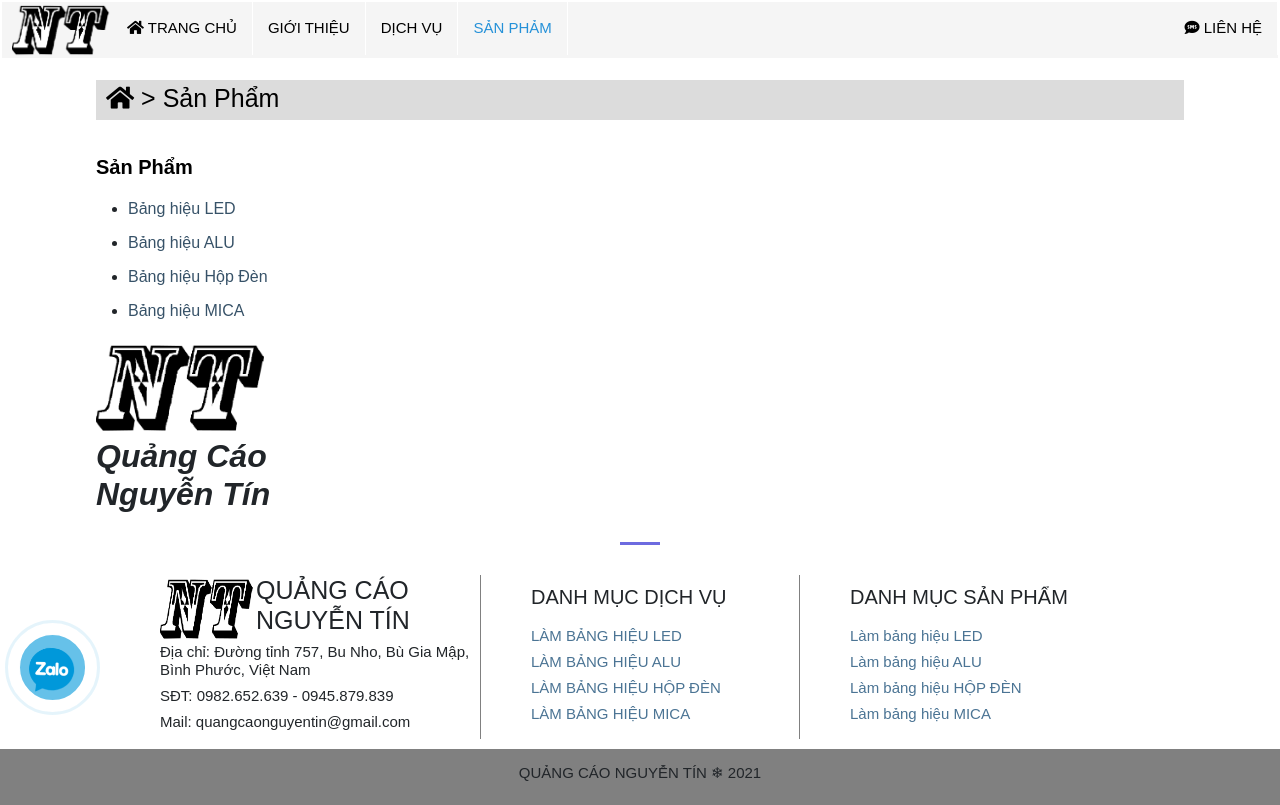
Repository: Haunguyen42193/quangcaonguyentin.github.io
Page: product.html
These files come from the project's save history. The page is drawn as it stood at one moment and after the next save; the edit follows.
The browser window is 1280 px wide. The pictures show the whole page.
Some web fonts or font styles are not loaded; a fallback is used. Some web libraries are served in a nearby version.

Above is the page before, as saved 2021-10-13 16:28:47.
Console error: ReferenceError: init is not defined

### product.html
<!DOCTYPE html>
<html lang="en">
<head>
    <meta charset="UTF-8">
    <meta http-equiv="X-UA-Compatible" content="IE=edge">
    <meta name="viewport" content="width=device-width, initial-scale=1.0">
    <meta http-equiv="refresh" content="18000"/>
    <title>Quảng Cáo Nguyễn Tín</title>
    <link rel="shotcut icon" href="images/logo2.png"/>
    <link
    rel="stylesheet"
    href="https://cdnjs.cloudflare.com/ajax/libs/animate.css/4.1.1/animate.min.css"
    />
    <!--carousel-->
    <link href="https://cdn.jsdelivr.net/npm/bootstrap@5.1.0/dist/css/bootstrap.min.css" rel="stylesheet" integrity="sha384-KyZXEAg3QhqLMpG8r+8fhAXLRk2vvoC2f3B09zVXn8CA5QIVfZOJ3BCsw2P0p/We" crossorigin="anonymous">
    <!--font awesome-->
    <link rel="stylesheet" href="https://pro.fontawesome.com/releases/v5.10.0/css/all.css" integrity="sha384-AYmEC3Yw5cVb3ZcuHtOA93w35dYTsvhLPVnYs9eStHfGJvOvKxVfELGroGkvsg+p" crossorigin="anonymous"/>
    <!--css-->
    <link rel="stylesheet" href="CSS/styleproduct.css"/>
    <!--font chữ-->
    <link rel="preconnect" href="https://fonts.googleapis.com">
    <link rel="preconnect" href="https://fonts.gstatic.com" crossorigin>
    <link href="https://fonts.googleapis.com/css2?family=K2D:wght@600&display=swap" rel="stylesheet">
    <!-- JavaScript Bundle with Popper -->
    <script src="https://cdn.jsdelivr.net/npm/bootstrap@5.1.0/dist/js/bootstrap.bundle.min.js" integrity="sha384-U1DAWAznBHeqEIlVSCgzq+c9gqGAJn5c/t99JyeKa9xxaYpSvHU5awsuZVVFIhvj" crossorigin="anonymous"></script>
    <!--Jquery-->
    <script src="Js/jquery-3.6.0.min.js"></script>
    <!--wowjs-->
    <script src="https://cdnjs.cloudflare.com/ajax/libs/wow/1.1.2/wow.min.js" integrity="sha512-Eak/29OTpb36LLo2r47IpVzPBLXnAMPAVypbSZiZ4Qkf8p/7S/XRG5xp7OKWPPYfJT6metI+IORkR5G8F900+g==" crossorigin="anonymous" referrerpolicy="no-referrer"></script>

</head>
<body onload="init()">
    <script src="Js/jsproduct.js"></script>
    <!--Menu-->
    <nav class="header-menu">
        <div class="menu">
            <div class="logo">
                <a href="homepage.html"><img src="images/logo2.png" alt="bang quang cao tiem" id="logotiem"/></a>
            </div>
            <ul>
                <li><a href="homepage.html"><i class="fas fa-home"></i> TRANG CHỦ</a></li>
                <li><a href="introduce.html">GIỚI THIỆU</a></li>
                <li class="sub"><a href="service.html">DỊCH VỤ</a>
                    <ul class="menu subcontent">
                        <li><a href="service.html#tab1" rel="service.html#LED">LÀM BẢNG HIỆU LED</a></li>
                        <li><a href="service.html#tab2" rel="service.html#ALU">LÀM BẢNG HIỆU ALU</a></li>
                        <li><a href="service.html#tab3" rel="service.html#Hd">LÀM BẢNG HIỆU HỘP ĐÈN</a></li>
                        <li><a href="service.html#tab4" rel="service.html#MICA">LÀM BẢNG HIỆU MICA</a></li>
                    </ul>
                </li>
                <li class="sub"><a href="product.html" class="chose">SẢN PHẢM</a>
                    <ul class="menu subcontent">
                        <li><a href="#">BẢNG HIỆU LED</a></li>
                        <li><a href="#">BẢNG HIỆU ALU</a></li>
                        <li><a href="#">BẢNG HIỆU HỘP ĐÈN</a></li>
                        <li><a href="#">BẢNG HIỆU MICA</a></li>
                    </ul>
                </li>
                <li><a href="contact.html"><i class="fas fa-sms"></i> LIÊN HỆ</a></li>
            </ul>
        </div>
    </nav>
    <!--page-->
    <section>
        <div class="page">
            <div>
                <a href="homepage.html" title="Trang chủ"><i class="fas fa-home"></i></a>
                <span>></span>
                <span class="move">Sản Phẩm</span>
            </div>
        </div>
    </section>
    <!--go to top-->
    <section>
        <div>
            <a id="goToTop" href="javascript:;"><i class="fas fa-chevron-up" title="GO TO TOP"></i></a>
        </div>
    </section>
    <!--zalo-->
    <section >
        <div class="zalo">
            <a href="https://zalo.me/0982652639" target="_blank"><img src="images/icon-zalo1.png"/></a>
        </div>
        <div class="zalo-circle"></div>
        <div class="zalo-circle-small"></div>
    </section>

    <!--product-->
    <section class="product">
        <div class="product-menu">
            <h5><strong>Sản Phẩm</strong></h5>
            <ul>
                <li><a href="">Bảng hiệu LED</a></li>
                <li><a href="">Bảng hiệu ALU</a></li>
                <li><a href="">Bảng hiệu Hộp Đèn</a></li>
                <li><a href="">Bảng hiệu MICA</a></li>
            </ul>
            <img src="images/logo2.png" alt="image"/>
            <h2><i>Quảng Cáo Nguyễn Tín</i></h2>
        </div>
    </section>
    <div class="line"></div>

    <!--foot-contact-->
    <section>
        <div class="foot-contacts">
          <div class="foot-contact">
            <img src="images/logo2.png" alt="logo" class="foot-logo" />
            <h1>QUẢNG CÁO NGUYỄN TÍN</h1>
            <h2>Địa chỉ: Đường tỉnh 757, Bu Nho, Bù Gia Mập, Bình Phước, Việt Nam</h2>
            <h2>SĐT: 0982.652.639 - 0945.879.839</h2>
            <h2>Mail: quangcaonguyentin@gmail.com</h2>
          </div>
          <div class="foot-service">
            <div class="foot-service-title">
              <h1>DANH MỤC DỊCH VỤ</h1>
            </div>
            <h2><a href="service.html#tab1" rel="service.html#LED">LÀM BẢNG HIỆU LED</a></h2>
            <h2><a href="service.html#tab2" rel="service.html#ALU">LÀM BẢNG HIỆU ALU</a></h2>
            <h2><a href="service.html#tab3" rel="service.html#Hd">LÀM BẢNG HIỆU HỘP ĐÈN</a></h2>
            <h2><a href="service.html#tab4" rel="service.html#MICA">LÀM BẢNG HIỆU MICA</a></h2>
          </div>
          <div class="foot-product">
            <div class="foot-service-title">
              <h1>DANH MỤC SẢN PHẨM</h1>
            </div>
            <h2><a href="#">Làm bảng hiệu LED</a></h2>
            <h2><a href="#">Làm bảng hiệu ALU</a></h2>
            <h2><a href="#">Làm bảng hiệu HỘP ĐÈN</a></h2>
            <h2><a href="#">Làm bảng hiệu MICA</a></h2>
          </div>
        </div>
    </section>
    <!--foot-->
    <div class="web-foot">
        <h2>QUẢNG CÁO NGUYỄN TÍN &#10052 2021</h2>
    </div>
</body>
</html>

### CSS/styleproduct.css
body {
    font-family: 'K2D', sans-serif;
    font-size: 15px;
    background-color: white;
    background-repeat: no-repeat;
    background-attachment: fixed;
    /* background:linear-gradient( #F18D9E, #E6D72A, #5BC8AC, #98DBC6); */
}
/*menu*/
.header-menu{
    width:100%;
    background-color: whitesmoke;
    padding-left: 10px;
    border: 2px solid white;
    position: fixed;
    z-index:99;
    top:0;
    left:0;

}
img#logotiem{
    width:100px;
    float:left;
}
div.menu > ul{
    display:flex;
    /* justify-content: center;
    align-items: center; */
}
div.menu ul{
    list-style-type: none;
    margin: 0;
    padding:0;
    background-color: whitesmoke;
}
div.menu ul li:last-child{
    margin-left: auto;
}
.subcontent{
    display:none;
    background: linear-gradient(gray, rgb(224, 222, 222));
}
.sub:hover .subcontent{
    display: block;
    position:absolute;
    width: 230px;
}

div.menu ul li{
    margin-bottom: 0px;
    position:relative;
    border-right: 1px solid white;
}

div.menu ul li a::before{
    content: '';
     position: absolute;
     bottom: -7px;
     left: 0px;
     width: 100%;
     height: 5px;
     background-color: #0cacdd;
     border-radius: 8px 8px 0 0;
     opacity: 0;
     transition: 0.3s;
}

div.menu ul li a:hover:before{
    opacity: 1;
    bottom:0;
}
div.menu ul li a{
    text-decoration: none;
    display: block;
    padding: 15px;
}
a:link{
    color:black;
}
a:visited{
    color:black;
}
a:hover{
    background-color: rgb(37, 32, 32);
    color: #2591d8;
}
a:active{
    color:rgb(35, 23, 201);
}

.subcontent::before{
    content: " ";
    border-width: 10px;
    border-style: solid;
    border-color:transparent transparent gray transparent;
    position: absolute;
    bottom: 100%;
    left:15%;
}
.chose{
    color: #2591d8 !important;
}
/*gototop*/
#goToTop {
    position: fixed;
    font-size: 30px;
    border-radius: 50%;
    z-index: 99;
    padding: 0 10px;
    border: 2px solid red;
    color: red;
    opacity: 0.5;
    right: 10px;
    bottom: 10px;
}
/*zalo*/
.zalo{
    position: fixed;
    z-index: 999;
    left: 29px;
    bottom: 28px;
    width: 3.5%;
}
.zalo-circle{
    position: fixed;
    z-index: 998;
    left: 15px;
    bottom: 15px;
    width: 75px;
    height: 75px;
    border: 20px solid #0098da;
    border-radius: 50%;
    opacity: 0;
    animation: zalo-ring-circle 2s infinite ease-out;
}
.zalo-circle-small{
    position: fixed;
    z-index: 998;
    left: 5px;
    bottom: 5px;
    width: 95px;
    height: 95px;
    border: 3px solid #0098da;
    border-radius: 50%;
    opacity: 0;
    animation: zalo-ring-circle-small 2s infinite ease-out;
}
.zalo img{
    width: 100%;
    animation:zalo-ring 1s infinite ease-in-out;
}
.zalo > a:hover{
    background-color: transparent;
}
@keyframes zalo-ring{
    0%{
        transform:rotate(0) scale(1) skew(1deg)
    }
    10%{
        transform:rotate(-25deg) scale(1.05) skew(1deg)
    }
    20%{
        transform:rotate(25deg) scale(1) skew(1deg)
    }
    30%{
        transform:rotate(-25deg) scale(1.05) skew(1deg)
    }
    40%{
        transform:rotate(25deg) scale(1) skew(1deg)
    }
    50%{
        transform:rotate(0) scale(1) skew(1deg)
    }
    100%{
        transform:rotate(0) scale(1) skew(1deg)
    }
}
@keyframes zalo-ring-circle{
    0%{
        transform: scale(0.8); opacity: 0.6;
    }
    50%{
        transform: scale(1); opacity: 0.6;
    }
    100%{
        transform: scale(0.8); opacity: 0.6;
    }
}
@keyframes zalo-ring-circle-small{
    0%{
        transform: scale(0.8); opacity: 0.6;
    }
    50%{
        transform: scale(1); opacity: 0.3;
    }
}
/*foot contact*/
.foot-contacts {
    display: flex;
    position: relative;
    top: 150px;
    justify-content: center;
}
.foot-contacts h2{
    font-size: 15px;
}
.foot-contact {
    display: flex;
    width: 350px;
    flex-wrap: wrap;
    width: 25%;
}
.foot-logo{
    width:30%;
}
.foot-contact h1{
    width: 50%;
    font-size: 25px;
}
.foot-service{
    position: relative;
    border-right: 1px solid gray;
    width:25%;
    padding: 0 50px;
    border-left: 1px solid gray;
}
.foot-product{
    position: relative;
    width: 25%;
    padding: 0 50px;
}
.foot-service-title h1{
    font-size: 20px;
    padding-bottom: 10px;
    padding-top: 10px;
}
.foot-contacts a{
    text-decoration: none;
}
.foot-contacts a:link{
    color: #4b7494;
}
.foot-contacts a:visited{
    color: #4b7494;
}
.foot-contacts a:hover{
    color: #0c0e0f;
    background-color: white;
}
.foot-contacts a:active{
    color: #124c79;
}
/*web foot*/
.web-foot{
    background-color: gray;
    position: relative;
    top: 100px;
    padding: 15px;
    margin-top: 60px;
}
.web-foot > h2{
    text-align: center;
    font-size: 15px;
}
/*page*/
.page{
    color: black;
    position: relative;
    top: 80px;
    width: 85%;
    margin: auto;
    height: 40px;
    background-color: gainsboro;
    font-size: 25px;
}
.page div{
    padding-left: 10px;
}
.page a:hover{
    background-color: transparent;
    color: black;
}
.line{
    height: 3px;
    background-color: rgb(109, 107, 224);
    width: 40px;
    margin: 0 auto;
    position: relative;
    top: 120px;
}
/*product*/
.product{
    position: relative;
    top: 100px;
    width: 85%;
    margin: auto;
    display: flex;
}
div.product-menu{
    width: 20%;
    margin-top: 1em;
    position: relative;
}
div.product-menu h5{
    color: rgb(0, 0, 0);
}
div.product-menu > ul > li{
    font-size: 16px;
    padding-top: 10px;
}
div.product-menu > ul > li a{
    text-decoration: none;
    color: #375268;
}
div.product-menu > ul > li img{
    width: 100%;
}
div.product-menu > ul > li a:hover{
    background-color: transparent;
    color: blue;
}
div.product-menu img{
    width: 80%;
}
div.product-menu h2{
    font-weight: 900;
}

### Js/jsproduct.js
$(document).ready(function() {
    wow = new WOW({
        boxClass:     'wow',      // default
        animateClass: 'animate__animated', // default
        offset:       0,          // default
        mobile:       true,       // default
        live:         true        // default
    })
    wow.init();
    $("#goToTop").hide()
    $(window).scroll(function() {

        if($(this).scrollTop() >= 90){
            $("#goToTop").show("slow");
        }
        else{
            $("#goToTop").hide("slow");
        }
    })
    $("#goToTop").click(function() {
        $("html, body").animate({
            scrollTop: 0
        }, 1000);
    })
})

Loaded but not shown: Js/jquery-3.6.0.min.js (library)

After the next save:
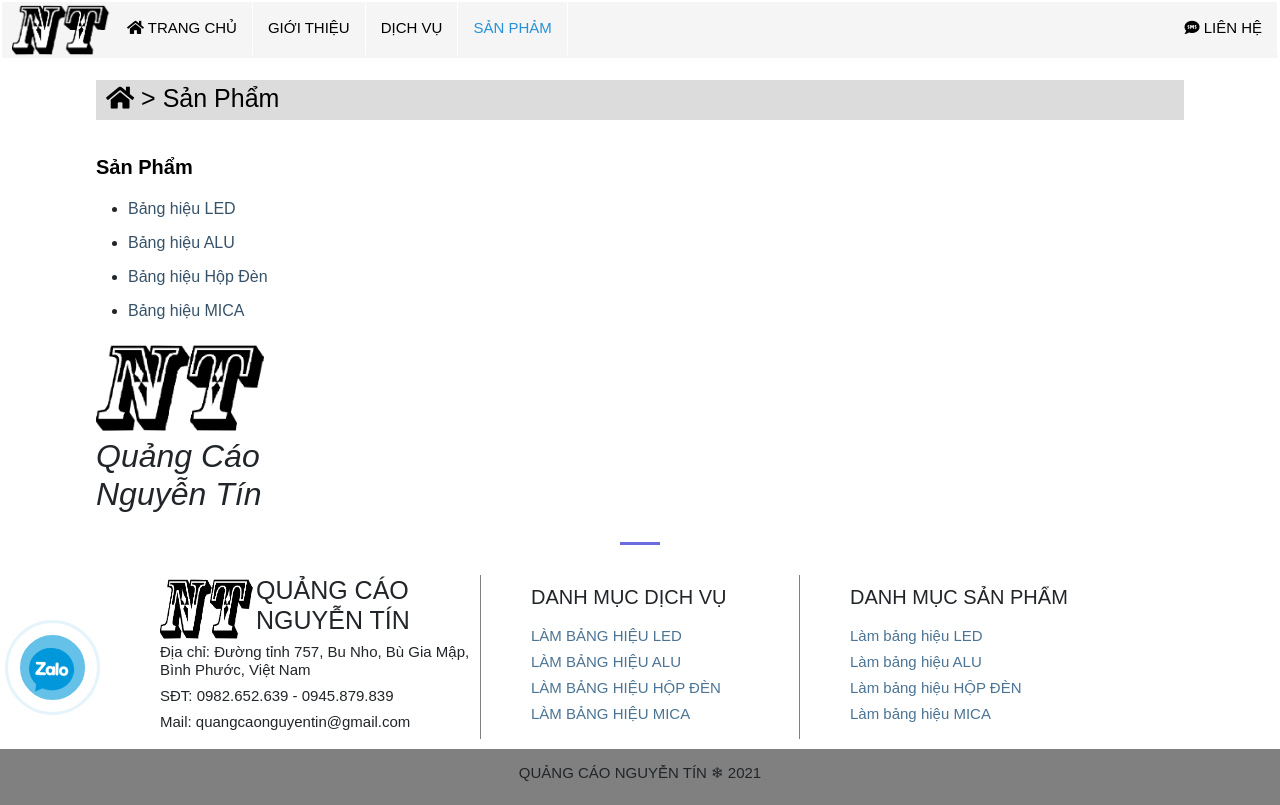
Saved 33 s later.
--- a/CSS/styleproduct.css
+++ b/CSS/styleproduct.css
@@ -322,6 +322,3 @@ div.product-menu > ul > li a:hover{
 div.product-menu img{
     width: 80%;
 }
-div.product-menu h2{
-    font-weight: 900;
-}
